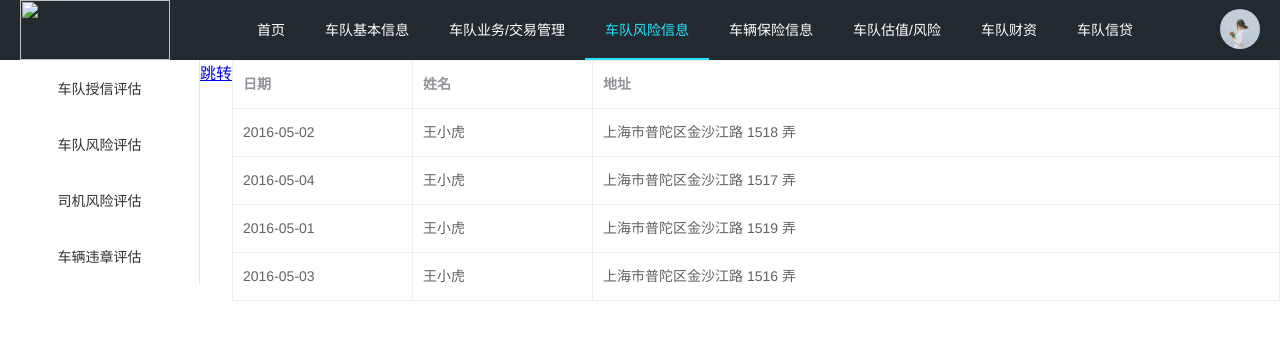
Repository: TheWomanLiketheWind/woodpecker
Page: /
An editor plug-in stored every save of this project. The page is shown before and after the next save, followed by the edit.
The browser window is 1280 px wide. The pictures show the whole page.
The project was rebuilt for these pictures with package versions that can differ from the ones it lists, and the page was loaded fresh each time.

Above is the page before, as saved 2019-07-25 17:12:57.

### public/index.html
<!DOCTYPE html>
<html lang="en">
  <head>
    <meta charset="utf-8">
    <meta http-equiv="X-UA-Compatible" content="IE=edge">
    <meta name="viewport" content="width=device-width,initial-scale=1.0">
    <link rel="icon" href="<%= BASE_URL %>favicon.ico">
    <title>woodpecker</title>
  </head>
  <body>
    <noscript>
      <strong>We're sorry but woodpecker doesn't work properly without JavaScript enabled. Please enable it to continue.</strong>
    </noscript>
    <div id="app"></div>
    <!-- built files will be auto injected -->
  </body>
</html>

### src/App.vue
<template>
  <div id="app">
    <router-view />
  </div>
</template>

<style lang="scss">
#app {
  font-family: "Avenir", Helvetica, Arial, sans-serif;
  -webkit-font-smoothing: antialiased;
  -moz-osx-font-smoothing: grayscale;
  text-align: center;
  color: #2c3e50;
  .el-header {
    display: flex;
    justify-content: space-between;
    align-items: center;
  }
}
#nav {
  padding: 30px;
  a {
    font-weight: bold;
    color: #2c3e50;
    &.router-link-exact-active {
      color: #42b983;
    }
  }
}
body {
  margin: 0;
}
</style>

### src/router.ts
import Vue from 'vue'
import Router from 'vue-router'
import Home from './views/Home.vue'
Vue.use(Router)

export default new Router({
  mode: 'history',
  base: process.env.BASE_URL,
  routes: [
    {
      path: '/',
      name: 'home',
      component: Home,
      children: [
        {
          path: '/',
          name: 'menuSecond',
          children: [
            {
              path: '/',
              name: 'menuThird',
              component: () =>
                import(/* webpackChunkName: "about" */ './views/menuThird.vue')
            }
          ],
          component: () =>
            import(/* webpackChunkName: "about" */ './views/menuSecond.vue')
        }
      ]
    }
  ]
})

### src/views/Home.vue
<template>
  <el-container>
    <el-header class="headerAll">
      <img src=""
           class="headImage">
      <el-menu :default-active="activeIndex"
               class="el-menu-demo"
               mode="horizontal"
               background-color="#222a30"
               text-color="#fff"
               active-text-color="#29e2fe"
               @select="handleSelect">
        <el-menu-item v-for="(item, index) in menuList"
                      :key="index"
                      :index="item.index"
                      v-on:listenToChildEvent="menuClick">{{item.name}}</el-menu-item>
      </el-menu>

      <el-dropdown>
        <img src="../assets/headImage.jpg"
             class="drophead" />
        <el-dropdown-menu slot="dropdown">
          <el-dropdown-item>个人信息</el-dropdown-item>
          <el-dropdown-item>退出</el-dropdown-item>
        </el-dropdown-menu>
      </el-dropdown>
    </el-header>
    <!-- <router-link to="/menuSecond">点击跳转</router-link> -->
    <router-view />
  </el-container>
</template>

<script lang="ts">
import { Component, Vue } from "vue-property-decorator";

@Component({
  components: {}
})
export default class Home extends Vue {
  data() {
    return {
      activeIndex: "4",
      menuList: [
        {
          name: "首页",
          index: "1",
          link: ""
        },
        {
          name: "车队基本信息",
          index: "2",
          link: ""
        },
        {
          name: "车队业务/交易管理",
          index: "3",
          link: ""
        },
        {
          name: "车队风险信息",
          index: "4",
          link: ""
        },
        {
          name: "车辆保险信息",
          index: "5",
          link: ""
        },
        {
          name: "车队估值/风险",
          index: "6",
          link: ""
        },
        {
          name: "车队财资",
          index: "7",
          link: ""
        },
        {
          name: "车队信贷",
          index: "8",
          link: ""
        }
      ]
    };
  }

  private handleSelect(key: any, keyPath: any) {
    console.log(key, keyPath);
  }

  menuClick(data: any) {
    this.$router.push(data);
  }
}
</script>

<style lang="scss">
.headerAll {
  background: #222a30;
  .headImage {
    width: 150px;
    height: 100%;
    border: 0;
  }
  .drophead {
    width: 40px;
    height: 40px;
    border-radius: 50%;
  }
}
</style>

### src/views/menuThird.vue
<template>
  <el-table :data="tableData"
            border
            style="width: 100%">
    <el-table-column prop="date"
                     label="日期"
                     width="180">
    </el-table-column>
    <el-table-column prop="name"
                     label="姓名"
                     width="180">
    </el-table-column>
    <el-table-column prop="address"
                     label="地址">
    </el-table-column>
  </el-table>
</template>

<script lang="ts">
import Vue from "vue";
export default Vue.extend({
  data() {
    return {
      tableData: [
        {
          date: "2016-05-02",
          name: "王小虎",
          address: "上海市普陀区金沙江路 1518 弄"
        },
        {
          date: "2016-05-04",
          name: "王小虎",
          address: "上海市普陀区金沙江路 1517 弄"
        },
        {
          date: "2016-05-01",
          name: "王小虎",
          address: "上海市普陀区金沙江路 1519 弄"
        },
        {
          date: "2016-05-03",
          name: "王小虎",
          address: "上海市普陀区金沙江路 1516 弄"
        }
      ]
    };
  }
});
</script>


<style>
</style>

### src/views/menuSecond.vue
<template>
  <el-container>
    <el-aside width="200px">
      <el-menu default-active="2"
               class="el-menu-vertical-demo">
        <el-menu-item index="1"
                      v-for="(item, index) in navigeList"
                      :key="index">
          <span slot="title">{{item.name}}</span>
        </el-menu-item>
      </el-menu>
    </el-aside>
    <router-link to="/menuThird">跳转</router-link>
    <router-view />
  </el-container>

</template>

<script lang="ts">
import Vue from "vue";
import files from "../jsonFile";

export default Vue.extend({
  data() {
    return {
      navigeList: files.navigeList
    };
  }
});
</script>


<style>
</style>

### src/jsonFile.ts
const fileObject = {
  navigeList: [
    {
      name: '车队授信评估',
      index: '1'
    },
    {
      name: '车队风险评估',
      index: '2'
    },
    {
      name: '司机风险评估',
      index: '3'
    },
    {
      name: '车辆违章评估',
      index: '4'
    }
  ]
}

export default fileObject

Loaded but not shown: src/main.ts (common file); src/store.ts (common file)

After the next save:
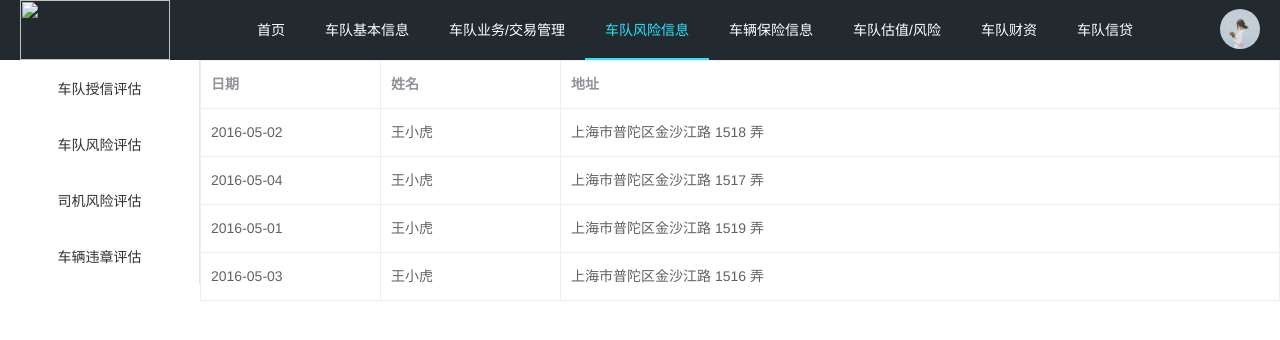
Saved 21 s later.
--- a/src/views/menuSecond.vue
+++ b/src/views/menuSecond.vue
@@ -10,7 +10,6 @@
         </el-menu-item>
       </el-menu>
     </el-aside>
-    <router-link to="/menuThird">跳转</router-link>
     <router-view />
   </el-container>
 
